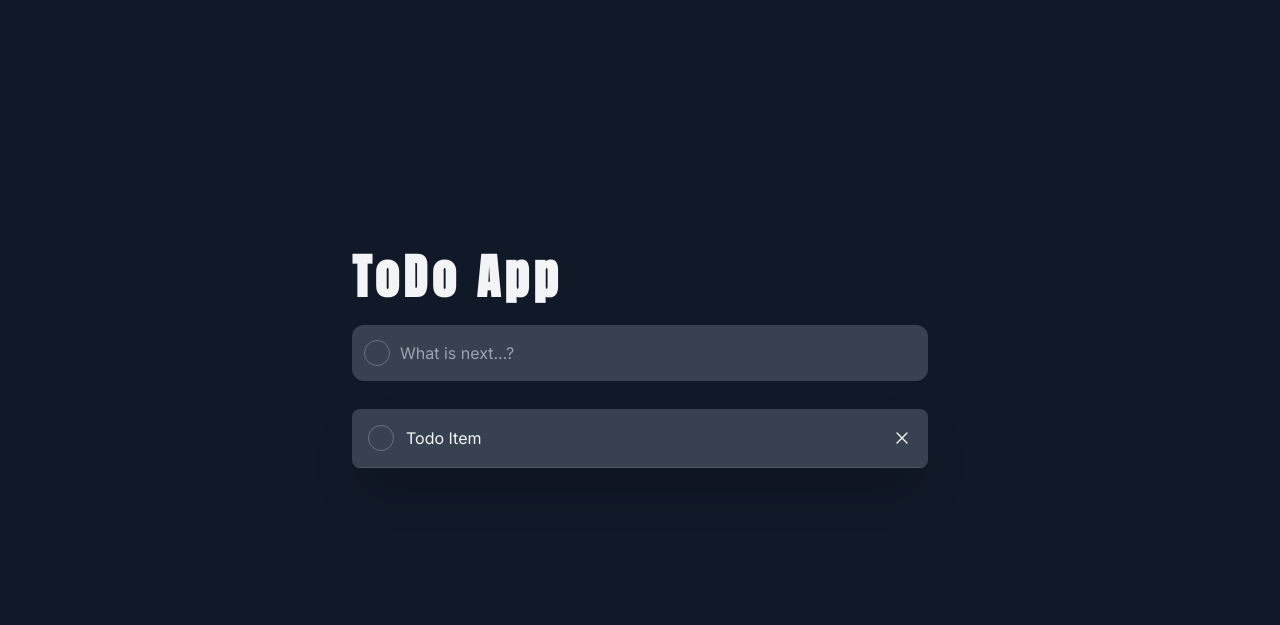
Repository: mvbri/app-todo-fullstack
Page: /
The author's editor kept a copy of each file at every save. The page is drawn from the files as they stood at one save, then again after the next save.
The browser window is 1280 px wide. The pictures show the whole page.
The project was rebuilt for these pictures with package versions that can differ from the ones it lists, and the page was loaded fresh each time. Also part of the build but not shown: src/App.css.

Above is the page before, as saved 2023-04-09 12:57:03.

### public/index.html
<!DOCTYPE html>
<html lang="en">
	<head>
		<meta charset="utf-8" />
		<link rel="icon" href="%PUBLIC_URL%/favicon.ico" />
		<meta name="viewport" content="width=device-width, initial-scale=1" />
		<meta name="theme-color" content="#000000" />
		<meta
			name="description"
			content="Web site created using create-react-app"
		/>
		<link rel="apple-touch-icon" href="%PUBLIC_URL%/logo192.png" />
		<!--
      manifest.json provides metadata used when your web app is installed on a
      user's mobile device or desktop. See https://developers.google.com/web/fundamentals/web-app-manifest/
    -->
		<link rel="manifest" href="%PUBLIC_URL%/manifest.json" />
		<!--
      Notice the use of %PUBLIC_URL% in the tags above.
      It will be replaced with the URL of the `public` folder during the build.
      Only files inside the `public` folder can be referenced from the HTML.

      Unlike "/favicon.ico" or "favicon.ico", "%PUBLIC_URL%/favicon.ico" will
      work correctly both with client-side routing and a non-root public URL.
      Learn how to configure a non-root public URL by running `npm run build`.
    -->
		<link rel="preconnect" href="https://fonts.googleapis.com" />
		<link rel="preconnect" href="https://fonts.gstatic.com" crossorigin />
		<link
			href="https://fonts.googleapis.com/css2?family=Anton&family=Inter&display=swap"
			rel="stylesheet"
		/>
		<title>React App</title>
	</head>
	<body>
		<noscript>You need to enable JavaScript to run this app.</noscript>
		<div id="root"></div>
		<!--
      This HTML file is a template.
      If you open it directly in the browser, you will see an empty page.

      You can add webfonts, meta tags, or analytics to this file.
      The build step will place the bundled scripts into the <body> tag.

      To begin the development, run `npm start` or `yarn start`.
      To create a production bundle, use `npm run build` or `yarn build`.
    -->
	</body>
</html>

### src/App.js
import './App.css';
import Title from './components/Title';
import TodoInput from './components/TodoInput';
import TodoList from './components/TodoList';
import Todo from './components/Todo';

function App() {
	return (
		<div className='bg-gray-900 min-h-screen h-ful text-gray-100 font-inter flex items-center justify-center py-20 px-5'>
			<div className='container flex flex-col max-w-xl'>
				<Title />
				<TodoInput />
				<TodoList>
					<Todo />
				</TodoList>
			</div>
		</div>
	);
}

export default App;

### src/components/Title.js
import React from 'react';

function Title() {
	return (
		<h1 className='text-5xl font-anton font-bold tracking-widest'>ToDo App</h1>
	);
}

export default Title;

### src/components/TodoInput.js
import React from 'react';

function TodoInput() {
	return (
		<div className='mt-6 relative'>
			<div className='absolute inset-y-0 left-0 pl-3 flex items-center pointer-events-none'>
				<span className='border border-gray-500 border-solid p-3 rounded-full'></span>
			</div>
			<input
				type='text'
				className='focus:shadow-lg font-inter focus:shadow-blue-800 pl-12 w-full py-4 bg-gray-700 rounded-xl outline-none trasitiona-all duration-300 ease-in-out'
				placeholder='What is next...?'
			></input>
		</div>
	);
}

export default TodoInput;

### src/components/TodoList.js
import React from 'react';

function TodoList({ children }) {
	return (
		<div className='flex flex-col mt-7 rounded-lg overflow-hidden shadow-2xl'>
			{children}
		</div>
	);
}

export default TodoList;

### src/components/Todo.js
import React from 'react';

const Todo = () => {
	return (
		<div className='flex items-center justify-between p-4 bg-gray-700 border-b border-solid border-gray-600'>
			<div className='flex items-center'>
				<span className='border-solid border border-gray-500 rounded-full p-3 cursor-pointer'></span>
				<p className='pl-3'>Todo Item</p>
			</div>
			<img
				className='h-5 w-5 cursor-pointer trasition-all duration-300 ease-in'
				src='./close-icon.svg'
				alt='icon'
			/>
		</div>
	);
};

export default Todo;

### tailwind.config.js
/** @type {import('tailwindcss').Config} */
module.exports = {
	content: ['./src/**/*.{js,jsx,ts,tsx}'],
	theme: {
		extend: {
			fontFamily: {
				anton: "'Anton', serif",
				inter: "'Inter', serif",
			},
		},
	},
	plugins: [],
};

Loaded but not shown: src/index.js (common file); src/index.css (common file); src/reportWebVitals.js (common file)

After the next save:
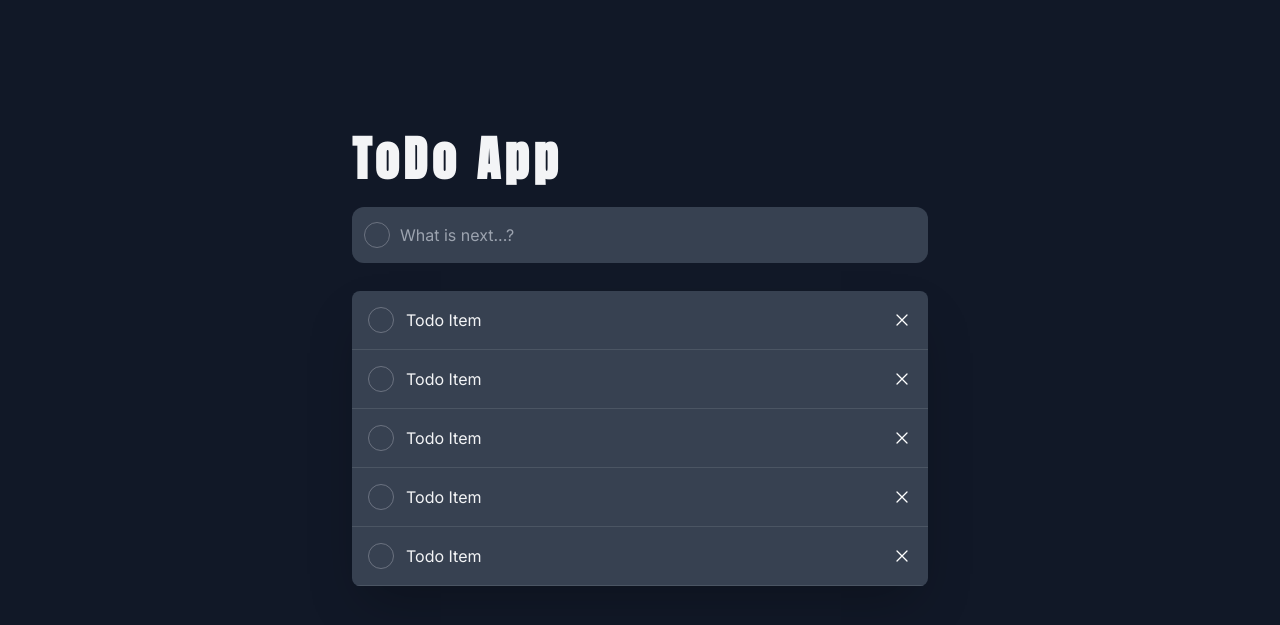
Saved 35 s later.
--- a/src/App.js
+++ b/src/App.js
@@ -12,6 +12,10 @@ function App() {
 				<TodoInput />
 				<TodoList>
 					<Todo />
+					<Todo />
+					<Todo />
+					<Todo />
+					<Todo />
 				</TodoList>
 			</div>
 		</div>
